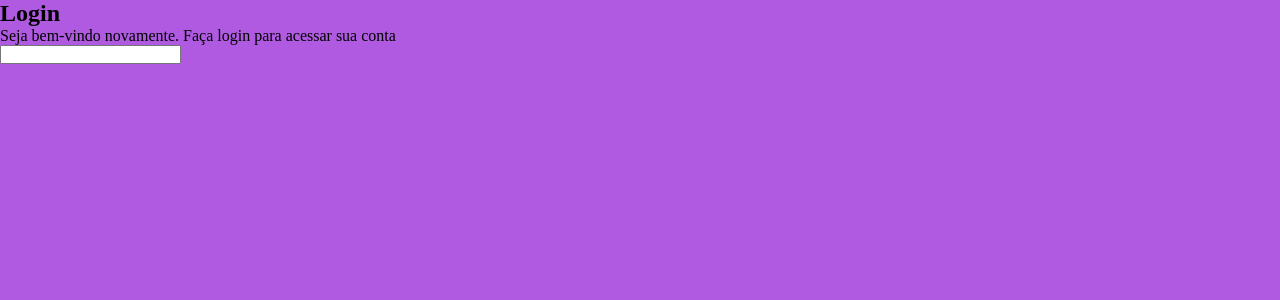
Repository: jorgprado/exec-pro-login
Page: index.html
These files come from the project's save history. The page is drawn as it stood at one moment and after a run of saves; the edit follows.
The browser window is 1280 px wide. The pictures show the whole page.

Above is the page before, as saved 2023-05-26 17:47:00.

### index.html
<!DOCTYPE html>
<html lang="en">
<head>
    <meta charset="UTF-8">
    <meta http-equiv="X-UA-Compatible" content="IE=edge">
    <meta name="viewport" content="width=device-width, initial-scale=1.0">
    <link rel="stylesheet" href="estilos/style.css">
    <title>Document</title>
</head>
<body>

    <main>
        <section id="login">

            <div id="imagem">

            </div>
            <div id="formulario">
                <h1>Login</h1>
                <p>Seja bem-vindo novamente. Faça login para acessar sua conta</p>
                <form action="login.php" method="post">
                    <labe></labe>
                    <input>
                </form>
            </div>

        </section>
    </main>

</body>
</html>

### estilos/style.css
@charset "UTF-8";

:root {
    --corBotao: #81942C;
    --corBG: #AF5AE0;
}

*{
    padding: 0;
    margin: 0;
}

body{
    background-color: var(--corBG);
}

After the next 2 saves:
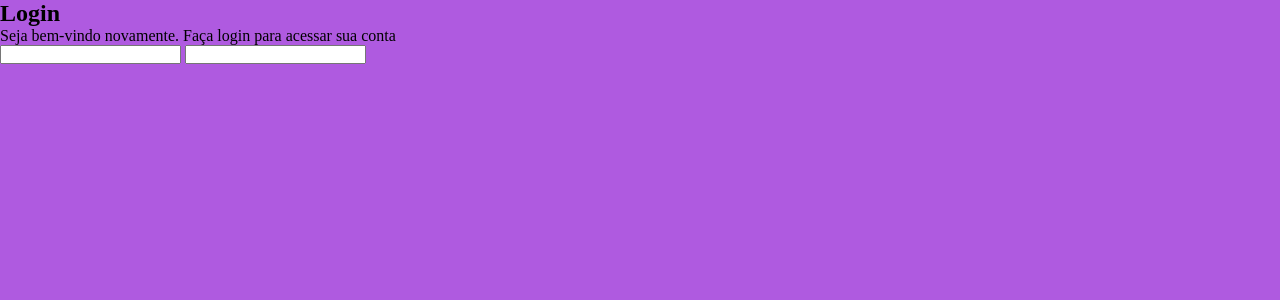
The 2 saves are shown as one change because they came seconds apart.
The last was saved 15 s later.
--- a/index.html
+++ b/index.html
@@ -21,6 +21,8 @@
                 <form action="login.php" method="post">
                     <labe></labe>
                     <input>
+                    <labe></labe>
+                    <input>
                 </form>
             </div>
 
